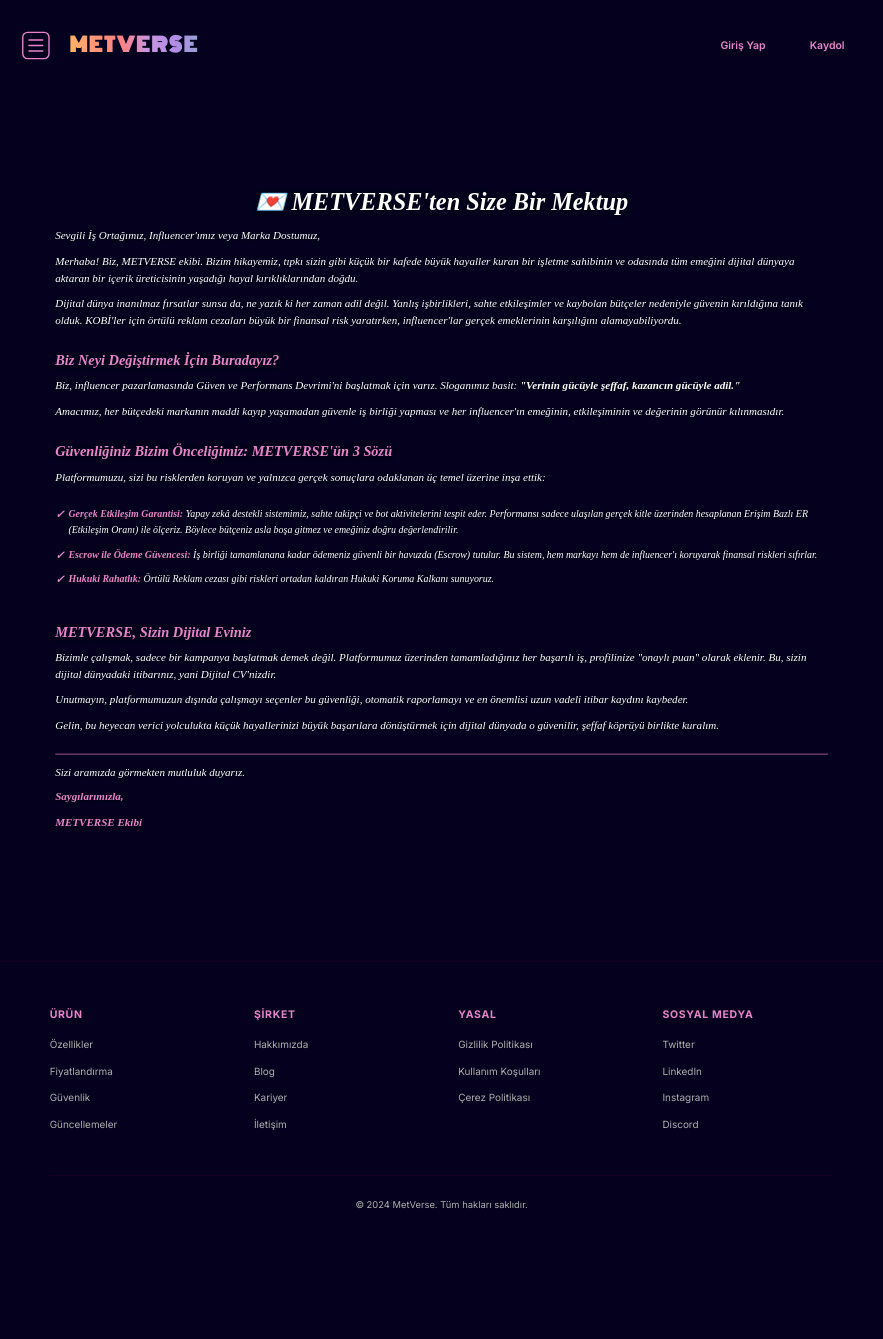
Repository: Irmaksuvari/metverse-github
Page: MetVerse Site/Hakkimizda.html
An editor plug-in stored every save of this project. The page is shown before and after the next save, followed by the edit.
The browser window is 1280 px wide. The pictures show the whole page, at 69% of full size.
Some web fonts or font styles are not loaded; a fallback is used.

Above is the page before, as saved 2025-12-21 00:27:56.

After the next save:
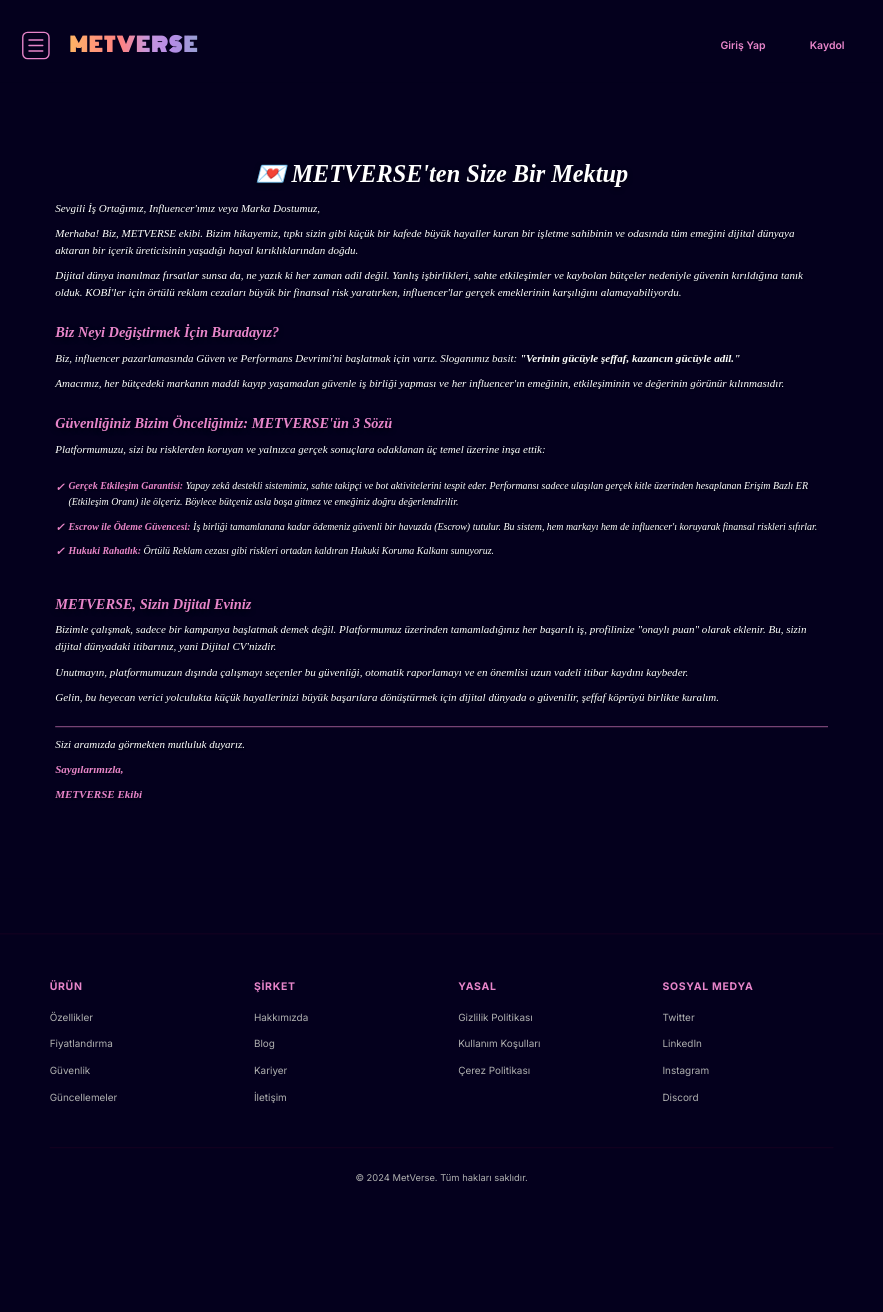
Saved 43 s later.
--- a/MetVerse Site/Hakkimizda.html
+++ b/MetVerse Site/Hakkimizda.html
@@ -13,7 +13,7 @@
             background-size: 20px 20px;
             min-height: 100vh;
             padding:
-             120px 2rem 4rem 2rem;
+             80px 2rem 4rem 2rem;
             position: relative;
         }
 
